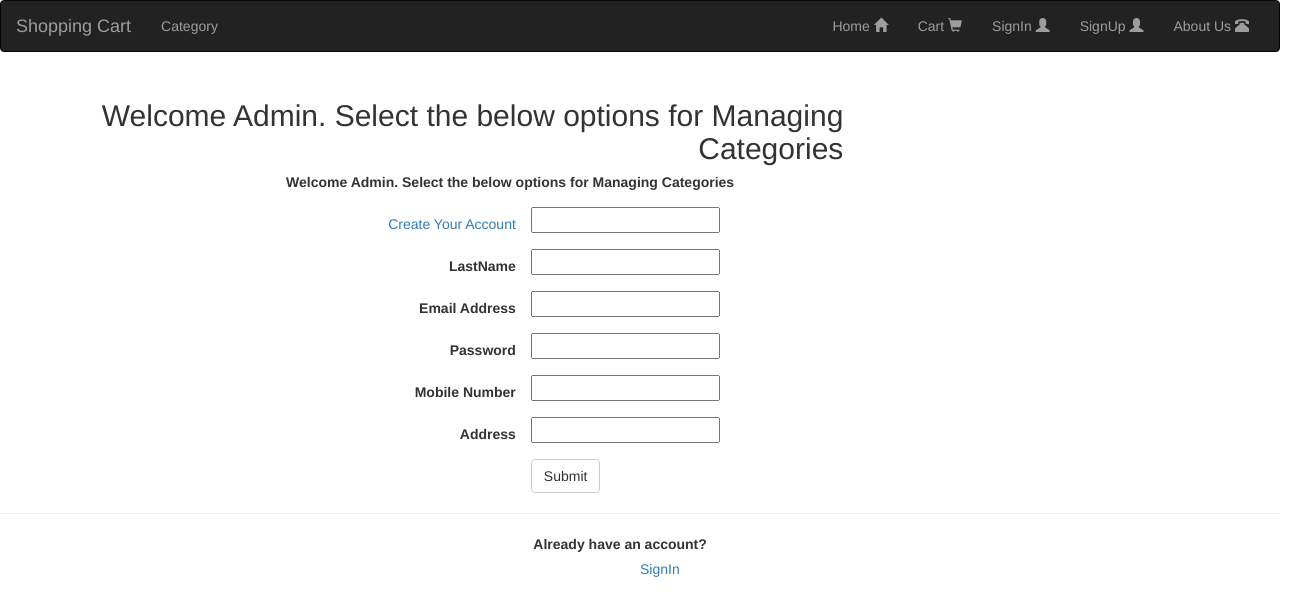
Repository: KaustubhKamat/ShoppingCartProject
Page: http://localhost/NewShoppingCart/WEB-INF/views/Category.jsp
The author's editor kept a copy of each file at every save. The page is drawn from the files as they stood at one save, then again after the next save.
The browser window is 1280 px wide. The page is 1295 px wide, so the pictures cover 1295 px, including what lies to the right of the window. The pictures show the whole page.
Some web libraries are served in a nearby version. The page is served by Tomcat 9. Nobody is signed in. Other server files are loaded and not shown. The template is opened directly, without the code that normally fills it, so the values that code supplies are empty.

Above is the page before, as saved 2017-01-12 06:24:42.

### NewShoppingCart/src/main/webapp/WEB-INF/views/Category.jsp
<%@ page language="java" contentType="text/html; charset=ISO-8859-1"
    pageEncoding="ISO-8859-1"%>
<!DOCTYPE html PUBLIC "-//W3C//DTD HTML 4.01 Transitional//EN" "http://www.w3.org/TR/html4/loose.dtd">
<%@ taglib uri="http://java.sun.com/jsp/jstl/core" prefix="c"%>
<%@ taglib uri="http://www.springframework.org/tags" prefix="spring"%>
<%@ taglib uri="http://www.springframework.org/tags/form" prefix="form"%>
<%@ taglib prefix="form" uri="http://www.springframework.org/tags/form"%>
<html>
<head>
<link rel="stylesheet"
	href="https://maxcdn.bootstrapcdn.com/bootstrap/3.3.7/css/bootstrap.min.css">
<script
	src="https://ajax.googleapis.com/ajax/libs/jquery/3.1.1/jquery.min.js"></script>
<script
	src="https://maxcdn.bootstrapcdn.com/bootstrap/3.3.7/js/bootstrap.min.js"></script>
<meta http-equiv="Content-Type" content="text/html; charset=ISO-8859-1">
<title>Insert title here</title>
</head>
<body>
<jsp:include page="NavBar.jsp"></jsp:include>

	<form class="form-horizontal">
		<div class="form-group">
		<h2 class="col-sm-8 control-label">Welcome Admin. Select the below options for Managing Categories</h2>
			<label class="col-sm-7 control-label">Welcome Admin. Select the below options for Managing Categories</label>
		</div>
		<div class="form-group">
			<a href="Register" class="col-sm-5 control-label"> Create Your Account</a>
				<input type="text" name="FirstName">
			</div>
		</div>
		<div class="form-group">
			<label class="col-sm-5 control-label">LastName</label>
			<div class="col-sm-15">
				<input type="text" name="LastName"><br>
			</div>
		</div>
		<div class="form-group">
			<label class="col-sm-5 control-label">Email Address</label>
			<div class="col-sm-15">
				<input type="text" name="EmailId"><br>
			</div>
		</div>
		<div class="form-group">
			<label class="col-sm-5 control-label">Password</label>
			<div class="col-sm-15">
				<input type="password" name="password"><br>
			</div>
		</div>
		<div class="form-group">
			<label class="col-sm-5 control-label">Mobile Number</label>
			<div class="col-sm-15">
				<input type="text" name="MobileNo"><br>
			</div>
		</div>
		<div class="form-group">
			<label class="col-sm-5 control-label">Address</label>
			<div class="col-sm-15">
				<input type="text" name="Address"><br>
			</div>
		</div>
		<div class="form-group">
			<div class="col-sm-offset-5 col-sm-20">
				<button type="submit" class="btn btn-default">Submit</button>
			</div>
		</div>
		<hr>
		<div class="col-sm-offset-5 col-sm-15">
			<label class="col-sm-4control-label">Already have an account?</label>
		</div>
		<div class="col-sm-offset-6 col-sm-15">
			<a href="login">SignIn</a>
		</div>
	</form>
</body>
</html>

### NewShoppingCart/src/main/webapp/WEB-INF/views/NavBar.jsp
<%@ page language="java" contentType="text/html; charset=ISO-8859-1"
	pageEncoding="ISO-8859-1"%>
<%@ taglib uri="http://java.sun.com/jsp/jstl/core" prefix="c"%>
<!DOCTYPE html PUBLIC "-//W3C//DTD HTML 4.01 Transitional//EN" "http://www.w3.org/TR/html4/loose.dtd">
<html>
<head>
<meta http-equiv="Content-Type" content="text/html; charset=ISO-8859-1">
<title>Insert title here</title>
</head>
<style>
.navbar-default {
	background-color: #F75D59;
	font-size: medium;
}

.dropdown-menu>li>a:hover {
	background-color: silver;;
	background-image: none;
}
.LoggedInUser{
color: white;

}
</style>
<body>

	<nav class="navbar navbar-inverse">
	<div class="container-fluid">
		<div class="navbar-header">
			<button type="button" class="navbar-toggle collapsed"
				data-toggle="collapse" data-target="#bs-example-navbar-collapse-1"
				aria-expanded="false">
				<span class="sr-only">Toggle navigation</span> <span
					class="icon-bar"></span> <span class="icon-bar"></span> <span
					class="icon-bar"></span>
			</button>
			<a class="navbar-brand" href="Home">Shopping Cart</a>
			<ul class="nav navbar-nav navbar-right">
				<li><a href="CategoryList">Category</a>
				<%-- <li class="active"><a href=>Link <span class="sr-only">(current)</span></a></li>
				<c:forEach items="${categoryList}" var="category">
				<li class="dropdown"><a href="#" class="dropdown-toggle"
					data-toggle="dropdown" >${category.name} <span
						class="caret"></span></a>
					<ul class="dropdown-menu" role="menu">
					<c:forEach items="${category.products}" var="product">
						<li><a href="/AddProduct/getList?pid=${product.id}">${product.name}</a></li>

						</c:forEach>
					</ul> </li>
					</c:forEach>  --%>
		</li>
		</ul>
		</div>

		<!-- Collect the nav links, forms, and other content for toggling -->
		<div class="collapse navbar-collapse"
			id="bs-example-navbar-collapse-1">
			<ul class="nav navbar-nav">

			</ul>
			<form class="navbar-form navbar-left">


			</form>
			<ul class="nav navbar-nav navbar-right">
				<li><a href="Home">Home <span
						class="glyphicon glyphicon-home"></span></a>
				<li><a href="Cart">Cart <span
						class="glyphicon glyphicon-shopping-cart"></span></a></li>

				<c:if test="${not empty LoggedInUser}">
					<li>Welcome ${LoggedInUser}</li>
				</c:if>
				<c:if test="${empty LoggedInUser}">
					<li><a href="login">SignIn <span
							class="glyphicon glyphicon-user"></span></a></li>
				</c:if>


				<%-- <c:choose>
						<c:when test="${empty LoggedInUser}">
							<li><a href="login">SignIn <span class="glyphicon glyphicon-user"></span></a></li>
						</c:when>
						<c:otherwise>
							<li>${LoggedInUser}</li>
						</c:otherwise>
						</c:choose>  --%>

				<c:if test="${empty LoggedInUser}">
					<li><a href="Register">SignUp <span
							class="glyphicon glyphicon-user"></span></a></li>
				</c:if>
				<c:if test="${not empty LoggedInUser}">
					<li><a href="Logout">Logout</a></li>
				</c:if>

				<%-- <c:choose>
						<c:when test="${empty LoggedInUser} }">
						<li><a href="Register">SignUp </a></li>
						</c:when>
						<c:otherwise>
						<li><a href="Logout">LogOut </a></li>
						</c:otherwise>
						</c:choose>   --%>


				<li><a href="AboutUs">About Us <span
						class="glyphicon glyphicon-phone-alt"></span></a></li>

			</ul>

		</div>
		<!-- /.navbar-collapse -->
	</div>
	<!-- /.container-fluid --> </nav>


</body>
</html>

After the next save:
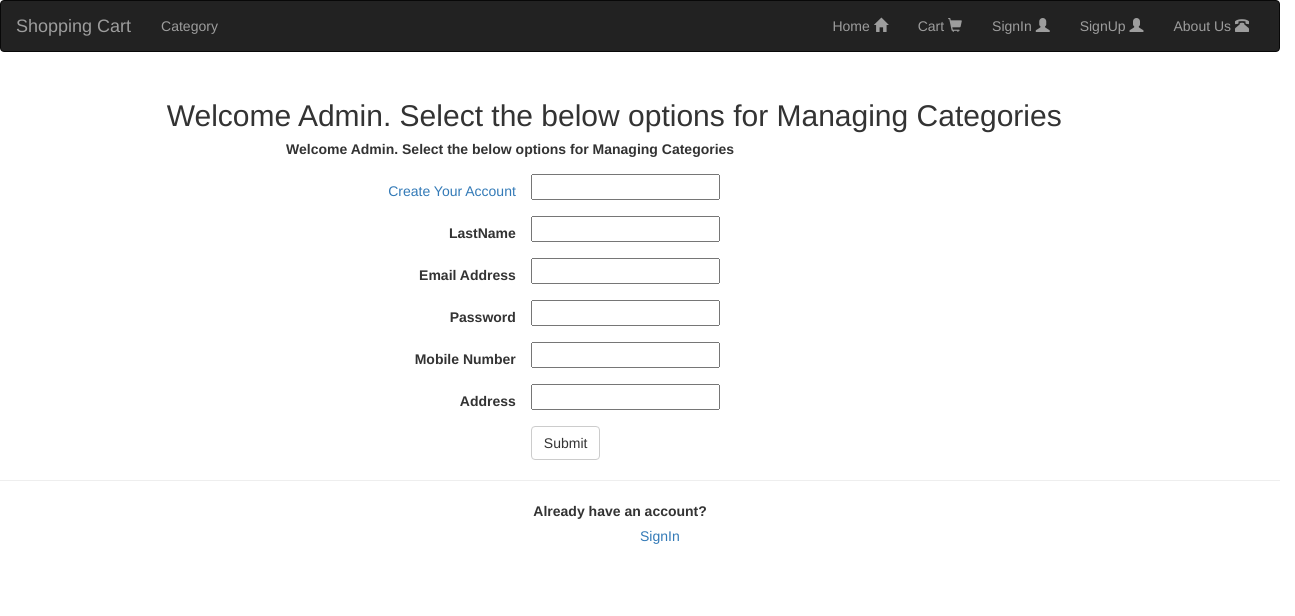
Saved 10 s later.
--- a/NewShoppingCart/src/main/webapp/WEB-INF/views/Category.jsp
+++ b/NewShoppingCart/src/main/webapp/WEB-INF/views/Category.jsp
@@ -21,7 +21,7 @@
 
 	<form class="form-horizontal">
 		<div class="form-group">
-		<h2 class="col-sm-8 control-label">Welcome Admin. Select the below options for Managing Categories</h2>
+		<h2 class="col-sm-10 control-label">Welcome Admin. Select the below options for Managing Categories</h2>
 			<label class="col-sm-7 control-label">Welcome Admin. Select the below options for Managing Categories</label>
 		</div>
 		<div class="form-group">
